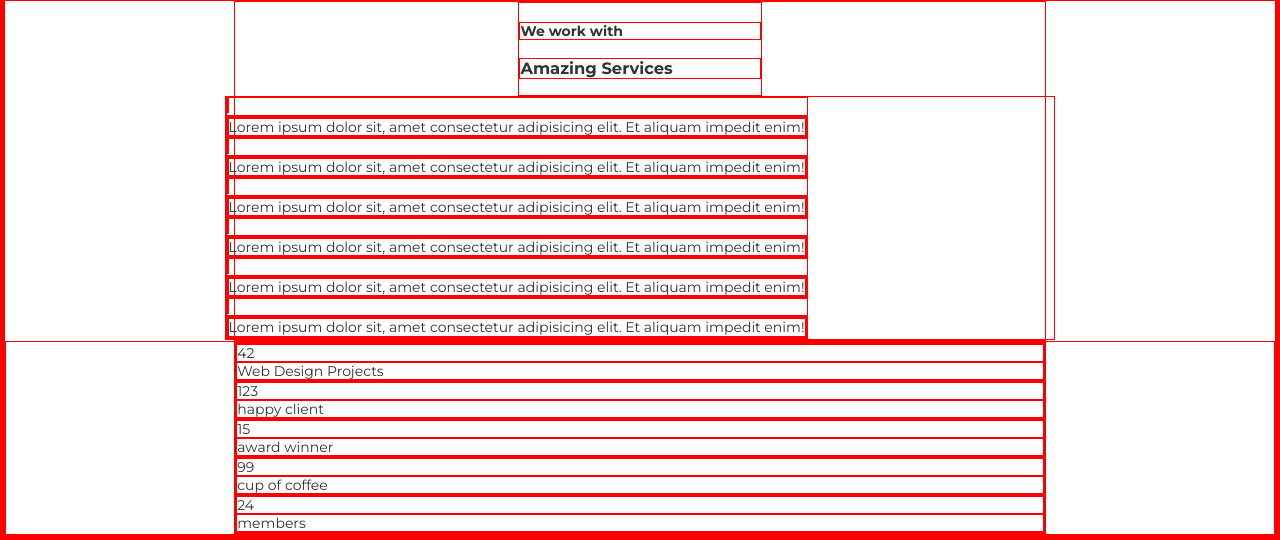
Repository: nataliiasaltan/Homework
Page: index.html
An editor plug-in stored every save of this project. The page is shown before and after the next save, followed by the edit.
The browser window is 1280 px wide. The pictures show the part of the page from y = 901 to 1443 px (the page is 1441 px tall before and 1443 px after).

Above is the page before, as saved 2020-02-27 08:23:45.

After the next save:
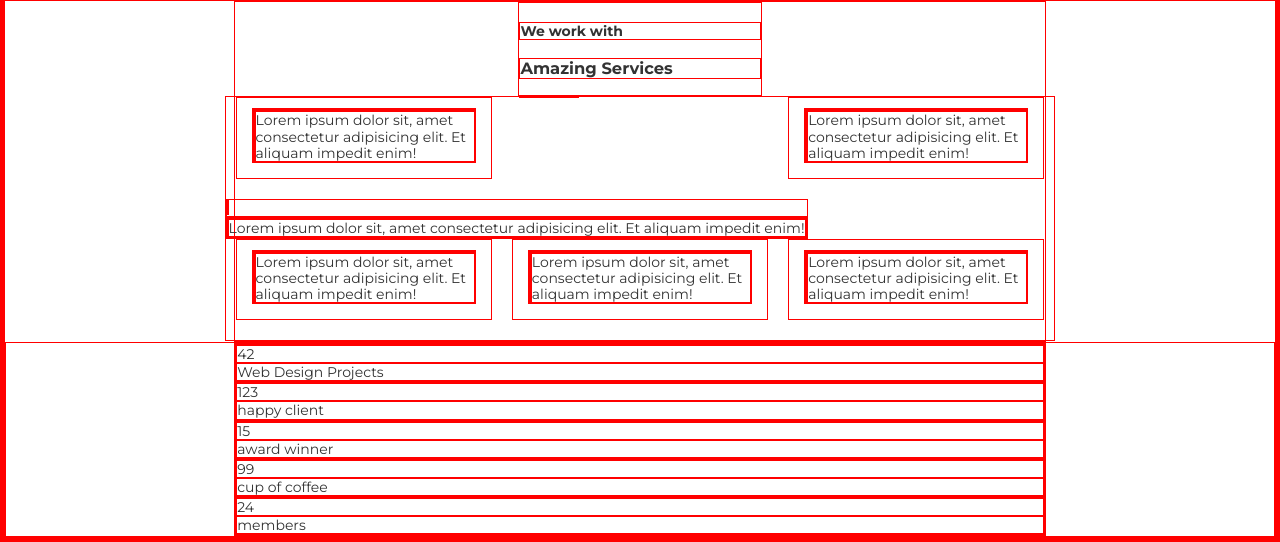
Saved 55 s later.
--- a/css/style.css
+++ b/css/style.css
@@ -195,5 +195,8 @@ header{
 }
 
 .development{
-    width: ();
-}
+    margin: 0 10px 20px;
+	width: calc(33.333% - 20px);
+    padding: 10px 15px 15px;
+    display: flex;
+}
